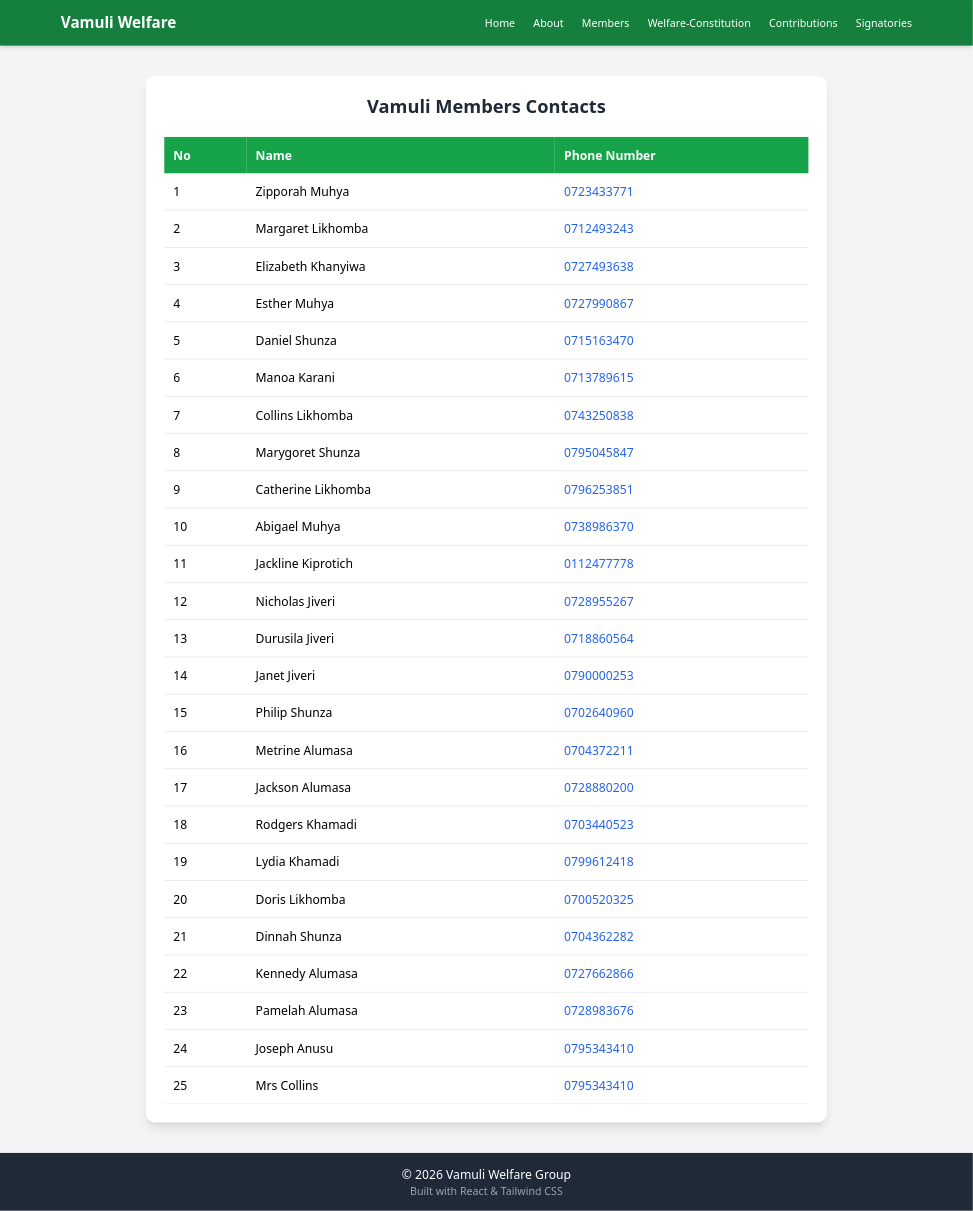
Repository: Engineer-collo/Vamuli-welfare
Page: /members
The author's editor kept a copy of each file at every save. The page is drawn from the files as they stood at one save, then again after a run of saves.
The browser window is 1280 px wide. The pictures show the whole page, at 76% of full size.
The project was rebuilt for these pictures with package versions that can differ from the ones it lists, and the page was loaded fresh each time. Also part of the build but not shown: vite.config.js, src/pages/contributionsData.js, src/pages/Home.jsx, src/pages/ContributionsTable.jsx, src/pages/WelfareConstituion.jsx, src/pages/About.jsx, src/pages/Signatories.jsx.

Above is the page before, as saved 2026-04-02 15:28:33.

### index.html
<!doctype html>
<html lang="en">
  <head>
    <meta charset="UTF-8" />
    <link rel="icon" type="image/svg+xml" href="/favicon.svg" />
    <meta name="viewport" content="width=device-width, initial-scale=1.0" />
    <title>vamuli-welfare</title>
  </head>
  <body>
    <div id="root"></div>
    <script type="module" src="/src/main.jsx"></script>
  </body>
</html>

### src/App.jsx
import { BrowserRouter as Router, Routes, Route } from "react-router-dom";

import Navbar from "./components/Navbar";
import Footer from "./components/Footer";

import Home from "./pages/Home";
import Members from "./pages/Members";
import ContributionsTable from "./pages/ContributionsTable";
import WelfareConstituion from "./pages/WelfareConstituion";
import About from "./pages/About";
import Signatories from "./pages/Signatories";

function App() {
  return (
    <Router>
      <div className="bg-gray-100 min-h-screen">

        <Navbar />

        <Routes>
          <Route path="/" element={<Home />} />
          <Route path="/members" element={<Members />} />
          <Route path="/contributions" element={<ContributionsTable />} />
          <Route path="/about" element={<About />} />
          <Route path="/constitution" element={<WelfareConstituion/>} />
          <Route path="/signatories" element={<Signatories/>} />


        </Routes>

        <Footer />

      </div>
    </Router>
  );
}

export default App;

### src/components/Navbar.jsx
import { Link } from "react-router-dom";
import { useState } from "react";

function Navbar() {
  const [menuOpen, setMenuOpen] = useState(false);

  return (
    <nav className="bg-green-700 text-white shadow-md">
      <div className="max-w-6xl mx-auto flex justify-between items-center p-4">

        {/* Logo */}
        <h1 className="text-xl font-bold">
          <Link to="/">Vamuli Welfare</Link>
        </h1>

        {/* Desktop Menu */}
        <ul className="hidden md:flex gap-6 text-sm">
          <li>
            <Link to="/" className="hover:text-gray-200">Home</Link>
          </li>

          <li>
            <Link to="/about" className="hover:text-gray-200">About</Link>
          </li>

          <li>
            <Link to="/members" className="hover:text-gray-200">Members</Link>
          </li>

          <li>
            <Link to="/constitution" className="hover:text-gray-200">
              Welfare-Constitution
            </Link>
          </li>

          <li>
            <Link to="/contributions" className="hover:text-gray-200">
              Contributions
            </Link>
          </li>

          <li>
            <Link to="/signatories" className="hover:text-gray-200">
              Signatories
            </Link>
          </li>

        </ul>

        {/* Mobile Menu Button */}
        <button
          className="md:hidden text-white text-2xl"
          onClick={() => setMenuOpen(!menuOpen)}
        >
          ☰
        </button>
      </div>

      {/* Mobile Menu */}
      {menuOpen && (
        <div className="md:hidden bg-green-600">
          <ul className="flex flex-col items-center gap-4 py-4 text-sm">

            <li>
              <Link to="/" onClick={() => setMenuOpen(false)}>
                Home
              </Link>
            </li>

            <li>
              <Link to="/about" onClick={() => setMenuOpen(false)}>
                About
              </Link>
            </li>

            <li>
              <Link to="/members" onClick={() => setMenuOpen(false)}>
                Members
              </Link>
            </li>

            <li>
              <Link to="/constitution" onClick={() => setMenuOpen(false)}>
                Welfare-Constitution
              </Link>
            </li>

            <li>
              <Link to="/contributions" onClick={() => setMenuOpen(false)}>
                Contributions
              </Link>
            </li>

            <li>
              <Link to="/signatories" onClick={() => setMenuOpen(false)}>
                Signatories
              </Link>
            </li>


          </ul>
        </div>
      )}
    </nav>
  );
}

export default Navbar;

### src/components/Footer.jsx
import React from "react";

function Footer() {
  return (
    <footer className="bg-gray-800 text-white mt-10">
      <div className="max-w-6xl mx-auto text-center p-4">
        <p>© 2026 Vamuli Welfare Group</p>
        <p className="text-sm text-gray-400">
          Built with React & Tailwind CSS
        </p>
      </div>
    </footer>
  );
}

export default Footer;

### src/pages/Members.jsx
import React from "react";

const members = [
  { id: 1, name: "Zipporah Muhya", phone: "0723433771" },
  { id: 2, name: "Margaret Likhomba", phone: "0712493243" },
  { id: 3, name: "Elizabeth Khanyiwa", phone: "0727493638" },
  { id: 4, name: "Esther Muhya", phone: "0727990867" },
  { id: 5, name: "Daniel Shunza", phone: "0715163470" },
  { id: 6, name: "Manoa Karani", phone: "0713789615" },
  { id: 7, name: "Collins Likhomba", phone: "0743250838" },
  { id: 8, name: "Marygoret Shunza", phone: "0795045847" },
  { id: 9, name: "Catherine Likhomba", phone: "0796253851" },
  { id: 10, name: "Abigael Muhya", phone: "0738986370" },
  { id: 11, name: "Jackline Kiprotich", phone: "0112477778" },
  { id: 12, name: "Nicholas Jiveri", phone: "0728955267" },
  { id: 13, name: "Durusila Jiveri", phone: "0718860564" },
  { id: 14, name: "Janet Jiveri", phone: "0790000253" },
  { id: 15, name: "Philip Shunza", phone: "0702640960" },
  { id: 16, name: "Metrine Alumasa", phone: "0704372211" },
  { id: 17, name: "Jackson Alumasa", phone: "0728880200" },
  { id: 18, name: "Rodgers Khamadi", phone: "0703440523" },
  { id: 19, name: "Lydia Khamadi", phone: "0799612418" },
  { id: 20, name: "Doris Likhomba", phone: "0700520325" },
  { id: 21, name: "Dinnah Shunza", phone: "0704362282" },
  { id: 22, name: "Kennedy Alumasa", phone: "0727662866" },
  { id: 23, name: "Pamelah Alumasa", phone: "0728983676" },
  { id: 24, name: "Joseph Anusu", phone: "0795343410" },
  { id: 25, name: "Mrs Collins ", phone: "0795343410" },

];

function VamuliContacts() {
  return (
    <div className="max-w-4xl mx-auto mt-10 p-6 bg-white shadow-lg rounded-xl">
      <h1 className="text-2xl font-bold text-center text-gray-800 mb-6">
        Vamuli Members Contacts
      </h1>

      <div className="overflow-x-auto">
        <table className="w-full border-collapse">
          <thead>
            <tr className="bg-green-600 text-white">
              <th className="p-3 text-left">No</th>
              <th className="p-3 text-left">Name</th>
              <th className="p-3 text-left">Phone Number</th>
            </tr>
          </thead>

          <tbody>
            {members.map((member) => (
              <tr
                key={member.id}
                className="border-b hover:bg-gray-100 transition"
              >
                <td className="p-3">{member.id}</td>
                <td className="p-3">{member.name}</td>
                <td className="p-3">
                  <a
                    href={`tel:${member.phone}`}
                    className="text-blue-600 hover:underline"
                  >
                    {member.phone}
                  </a>
                </td>
              </tr>
            ))}
          </tbody>
        </table>
      </div>
    </div>
  );
}

export default VamuliContacts;

### tailwind.config.js
/** @type {import('tailwindcss').Config} */
module.exports = {
  content: [
    "./index.html",
    "./src/**/*.{js,jsx}"
  ],
  theme: {
    extend: {},
  },
  plugins: [],
};

Loaded but not shown: src/main.jsx (common file); src/index.css (common file)

After the next 2 saves:
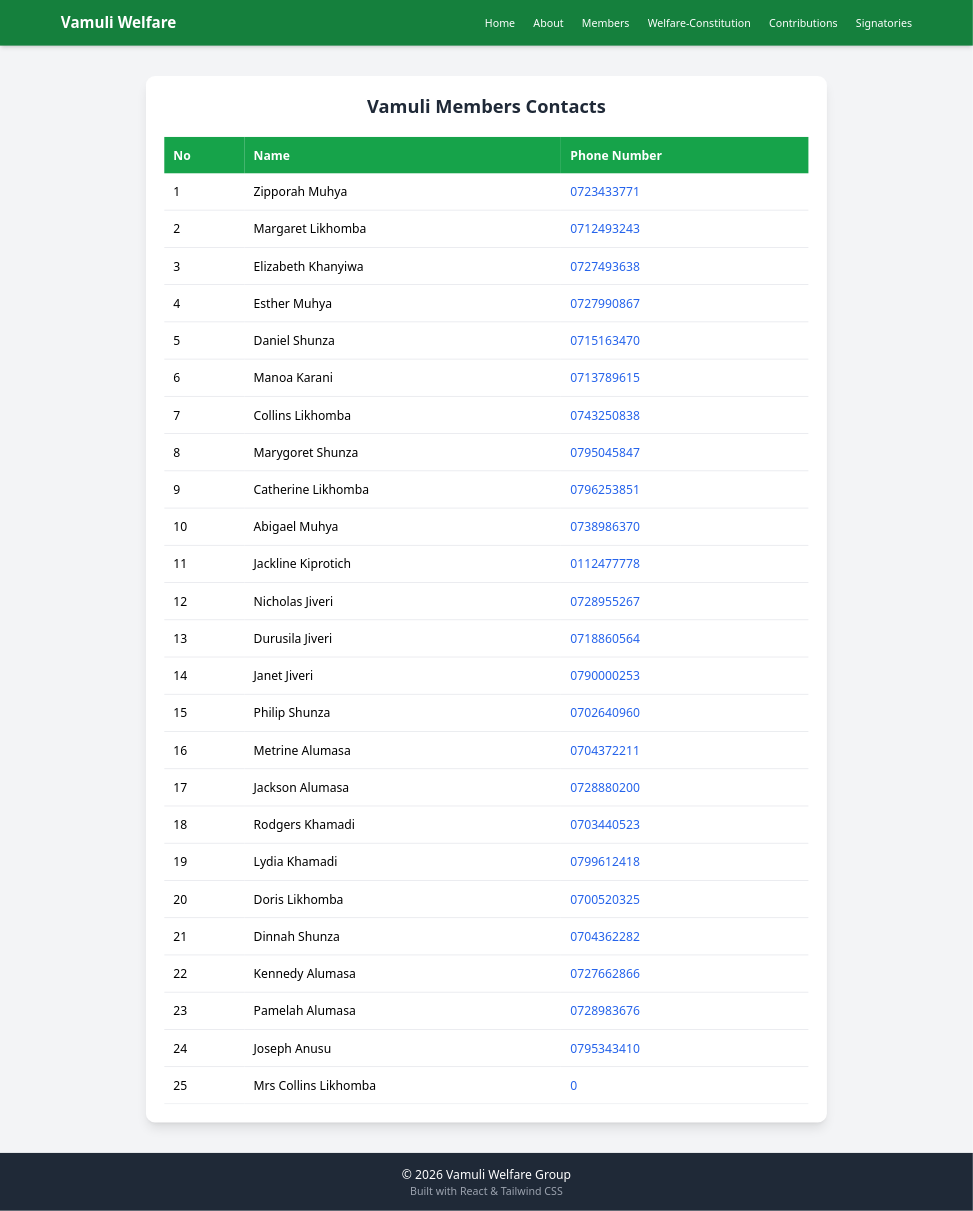
The 2 saves are shown as one change because they came seconds apart.
The last was saved 7 s later.
--- a/src/pages/Members.jsx
+++ b/src/pages/Members.jsx
@@ -25,7 +25,7 @@ const members = [
   { id: 22, name: "Kennedy Alumasa", phone: "0727662866" },
   { id: 23, name: "Pamelah Alumasa", phone: "0728983676" },
   { id: 24, name: "Joseph Anusu", phone: "0795343410" },
-  { id: 25, name: "Mrs Collins ", phone: "0795343410" },
+  { id: 25, name: "Mrs Collins Likhomba", phone: "0" },
 
 ];
 
